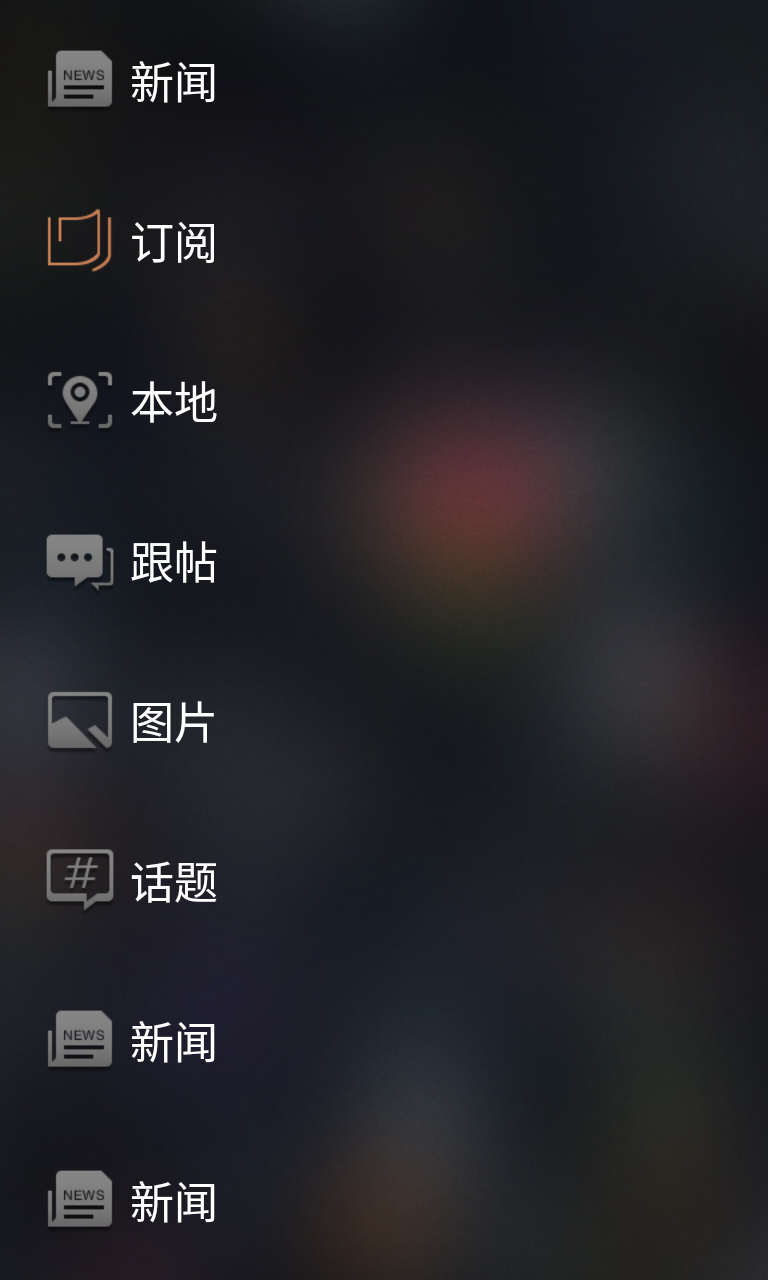
Repository: ASmouse/View
Layout: 05_SlidingMenuDemo14/res/layout/left.xml
An editor plug-in stored every save of this project. The layout is shown before and after the next save, followed by the edit.
It is drawn on a 768 x 1280 px phone screen (xhdpi) without system bars, with theme AppTheme; the app's code is not run.

Above is the layout before, as saved 2015-10-25 02:07:46.

### 05_SlidingMenuDemo14/res/layout/left.xml
<?xml version="1.0" encoding="utf-8"?>
<ScrollView xmlns:android="http://schemas.android.com/apk/res/android"
    android:layout_width="180dip"
    android:layout_height="match_parent"
    android:fillViewport="true"
    android:scrollbars="none" >

    <LinearLayout
        android:layout_width="match_parent"
        android:layout_height="match_parent"
        android:background="@drawable/menu_bg"
        android:orientation="vertical" >

        <TextView
            style="@style/tv_style"
            android:drawableLeft="@drawable/tab_news"
            android:text="新闻" />

        <TextView
            style="@style/tv_style"
            android:drawableLeft="@drawable/tab_read"
            android:text="订阅" />

        <TextView
            style="@style/tv_style"
            android:drawableLeft="@drawable/tab_local"
            android:text="本地" />

        <TextView
            style="@style/tv_style"
            android:drawableLeft="@drawable/tab_ties"
            android:text="跟帖" />

        <TextView
            style="@style/tv_style"
            android:drawableLeft="@drawable/tab_pics"
            android:text="图片" />

        <TextView
            style="@style/tv_style"
            android:drawableLeft="@drawable/tab_ugc"
            android:text="话题" />

        <TextView
            style="@style/tv_style"
            android:drawableLeft="@drawable/tab_news"
            android:text="新闻" />

        <TextView
            style="@style/tv_style"
            android:drawableLeft="@drawable/tab_news"
            android:text="新闻" />
    </LinearLayout>

</ScrollView>

### 05_SlidingMenuDemo14/res/values/styles.xml
<resources>

    <!--
        Base application theme, dependent on API level. This theme is replaced
        by AppBaseTheme from res/values-vXX/styles.xml on newer devices.

    -->
    <style name="AppBaseTheme" parent="android:Theme.Light">
        <!--
            Theme customizations available in newer API levels can go in
            res/values-vXX/styles.xml, while customizations related to
            backward-compatibility can go here.

        -->
    </style>

    <!-- Application theme. -->
    <style name="AppTheme" parent="AppBaseTheme">
        <!-- All customizations that are NOT specific to a particular API-level can go here. -->
    </style>

    <style name="tv_style">
        <item name="android:clickable">true</item>
        <item name="android:layout_width">fill_parent</item>
        <item name="android:layout_height">wrap_content</item>
        <item name="android:background">@drawable/tv_bg_selector</item>
        <item name="android:drawablePadding">5dip</item>
        <item name="android:gravity">center_vertical</item>
        <item name="android:padding">20dip</item>
        <item name="android:textColor">#ffffff</item>
        <item name="android:textSize">22sp</item>
    </style>

</resources>

### 05_SlidingMenuDemo14/res/drawable/tv_bg_selector.xml
<?xml version="1.0" encoding="utf-8"?>
<selector xmlns:android="http://schemas.android.com/apk/res/android" >

    <!-- 选中的颜色 -->

	<item android:state_pressed="true" android:drawable="@color/danlv"></item>
	<item android:drawable="@android:color/transparent"></item>
</selector>

### 05_SlidingMenuDemo14/res/values/colors.xml
<?xml version="1.0" encoding="utf-8"?>
<resources>
    <color name="danlv">#3300ff00</color>
</resources>

Loaded but not shown: 05_SlidingMenuDemo14/res/values-v11/styles.xml (common file); 05_SlidingMenuDemo14/res/values-v14/styles.xml (common file)

After the next save:
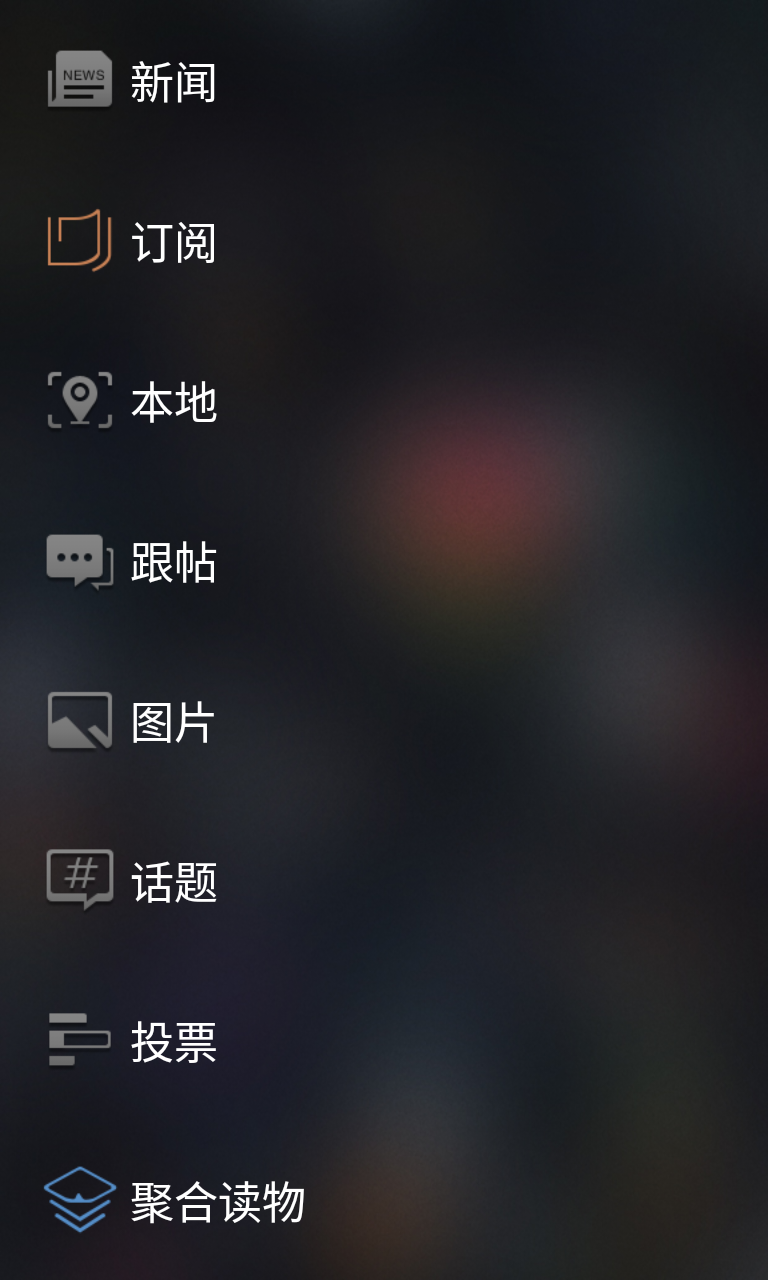
Saved 33 s later.
--- a/05_SlidingMenuDemo14/res/layout/left.xml
+++ b/05_SlidingMenuDemo14/res/layout/left.xml
@@ -43,13 +43,13 @@
 
         <TextView
             style="@style/tv_style"
-            android:drawableLeft="@drawable/tab_news"
-            android:text="新闻" />
+            android:drawableLeft="@drawable/tab_vote"
+            android:text="投票" />
 
         <TextView
             style="@style/tv_style"
-            android:drawableLeft="@drawable/tab_news"
-            android:text="新闻" />
+            android:drawableLeft="@drawable/tab_focus"
+            android:text="聚合读物" />
     </LinearLayout>
 
 </ScrollView>
